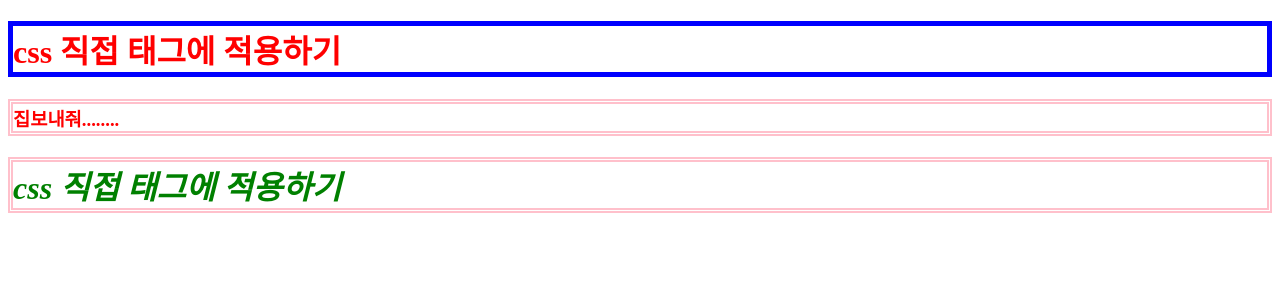
Repository: JeongHyeongKim/practice_myself
Page: Si_basic/WebProject/setp01_HTMLCS/WebContent/CSS/ex02_CSSExternal.html
The author's editor kept a copy of each file at every save. The page is drawn from the files as they stood at one save, then again after the next save.
The browser window is 1280 px wide. The pictures show the whole page.

Above is the page before, as saved 2019-04-22 07:39:18.

After the next save:
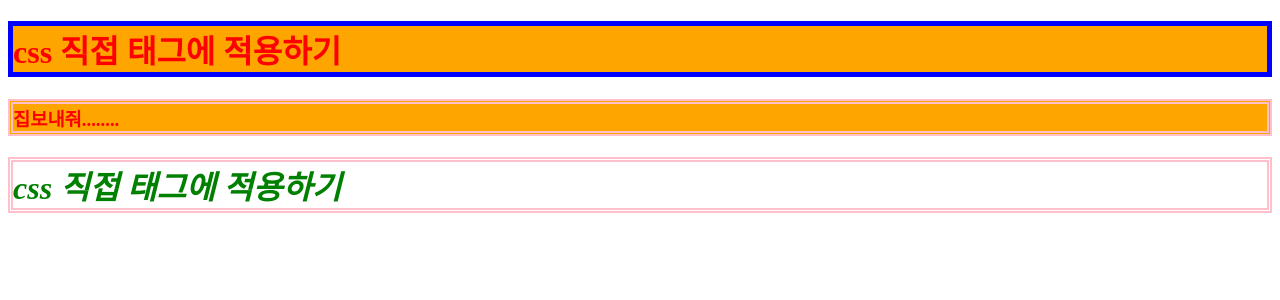
Saved 26 s later.
--- a/Si_basic/WebProject/setp01_HTMLCS/WebContent/CSS/ex02_CSSExternal.html
+++ b/Si_basic/WebProject/setp01_HTMLCS/WebContent/CSS/ex02_CSSExternal.html
@@ -15,9 +15,9 @@
 </head>
 	<body>
 		<!-- 태그에 직접 css적용하면 간단하게 처리할 때 직관적으로 좋지만, 동일한 태그에 적용할 때는 반복해서 코드가 드간다. -->
-		<h1 style="color:red; border:solid blue 5px;">css 직접 태그에 적용하기</h1> <!--  직접 적용하는 태그가 우선순위기 때문에 결과는 밑에꺼랑 다르다. -->
+		<h1 style="color:red; border:solid blue 5px;" class="b">css 직접 태그에 적용하기</h1> <!--  직접 적용하는 태그가 우선순위기 때문에 결과는 밑에꺼랑 다르다. -->
 
-		<h3 >집보내줘........</h3>
+		<h3 class="b">집보내줘........</h3>
 
 		<h1 id="a">css 직접 태그에 적용하기</h1>
 
